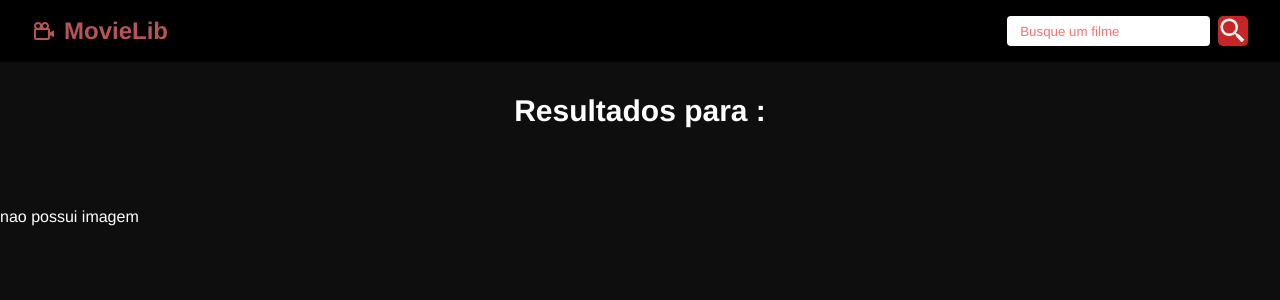
Repository: gustavo-eng/MovieLib
Page: /search
These files come from the project's save history. The page is drawn as it stood at one moment and after the next save; the edit follows.
The browser window is 1280 px wide. The pictures show the whole page.
The page's requests for data from a server got no answer. The project was rebuilt for these pictures with package versions that can differ from the ones it lists, and the page was loaded fresh each time. No one was signed in, and anything a server would have sent is missing. Also part of the build but not shown: vite.config.js, src/Pages/Movie.jsx, src/Components/MovieCard.jsx, src/Pages/Home.jsx.

Above is the page before, as saved 2023-01-02 22:42:46.

After the next save:
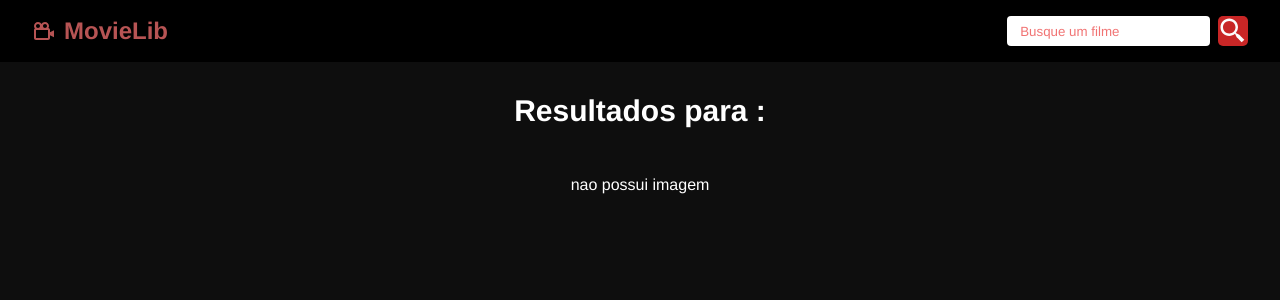
Saved 9 s later.
--- a/src/Pages/Search.jsx
+++ b/src/Pages/Search.jsx
@@ -41,8 +41,9 @@ const Search = () => {
             </h2>
             <div className="movies-container">
                 {filmes  ? filmes.map((filme) => <MovieCard movie={filme} key={filme.id}/>) : null}
+                { filmes.backdrop_path ? null : <p>nao possui imagem</p>  }
             </div>
-               { filmes.backdrop_path ? null : <p>nao possui imagem</p>  }
+
         </div>
     )
 }
